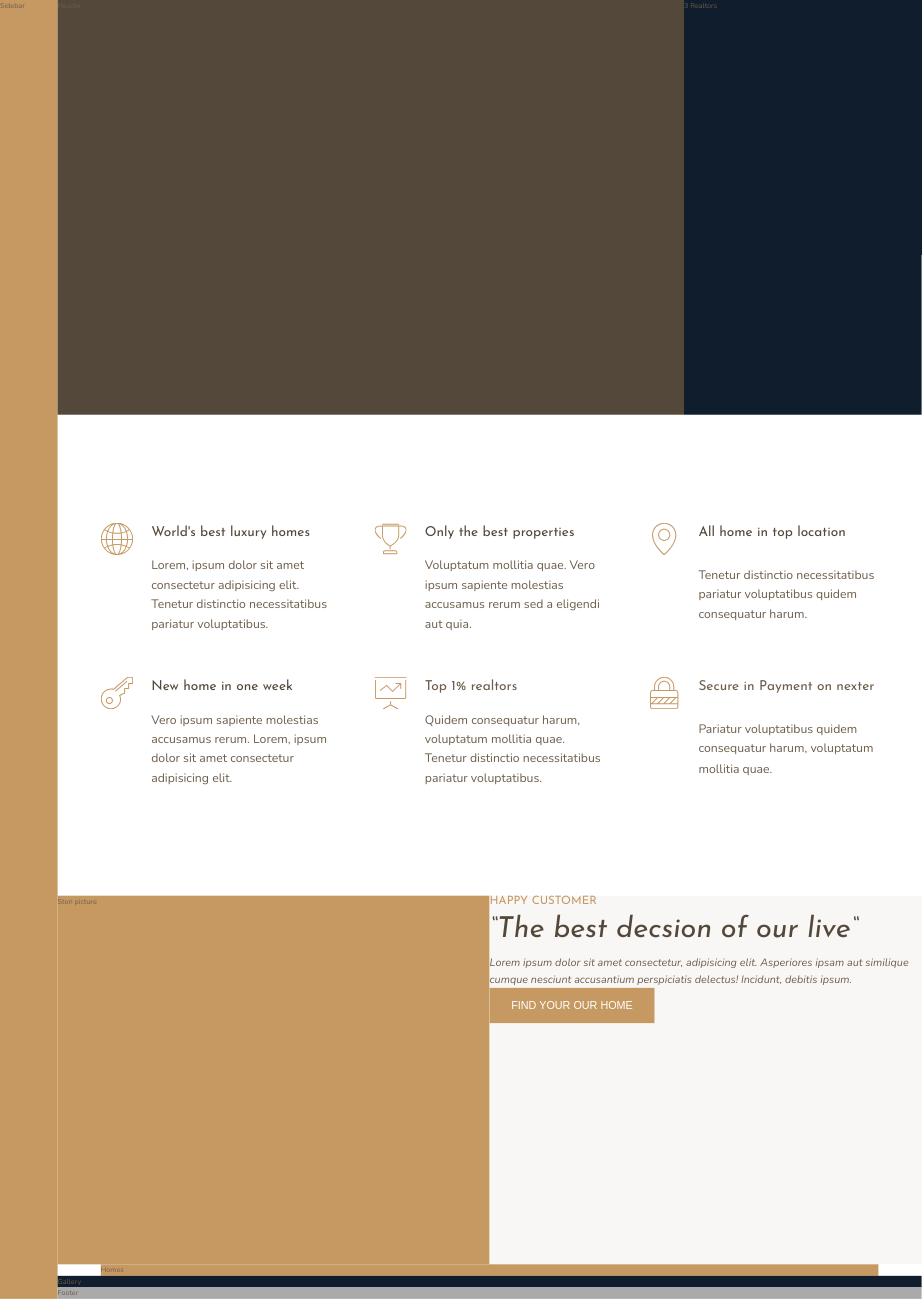
Repository: m2pd/your-home
Page: index.html
These files come from the project's save history. The page is drawn as it stood at one moment and after the next save; the edit follows.
The browser window is 1280 px wide. The pictures show the whole page, at 72% of full size.
The style sheet was rebuilt from its Sass, Less or Tailwind sources for each picture, by a compiler version that may differ from the author's.

Above is the page before, as saved 2020-03-05 10:33:57.

After the next save:
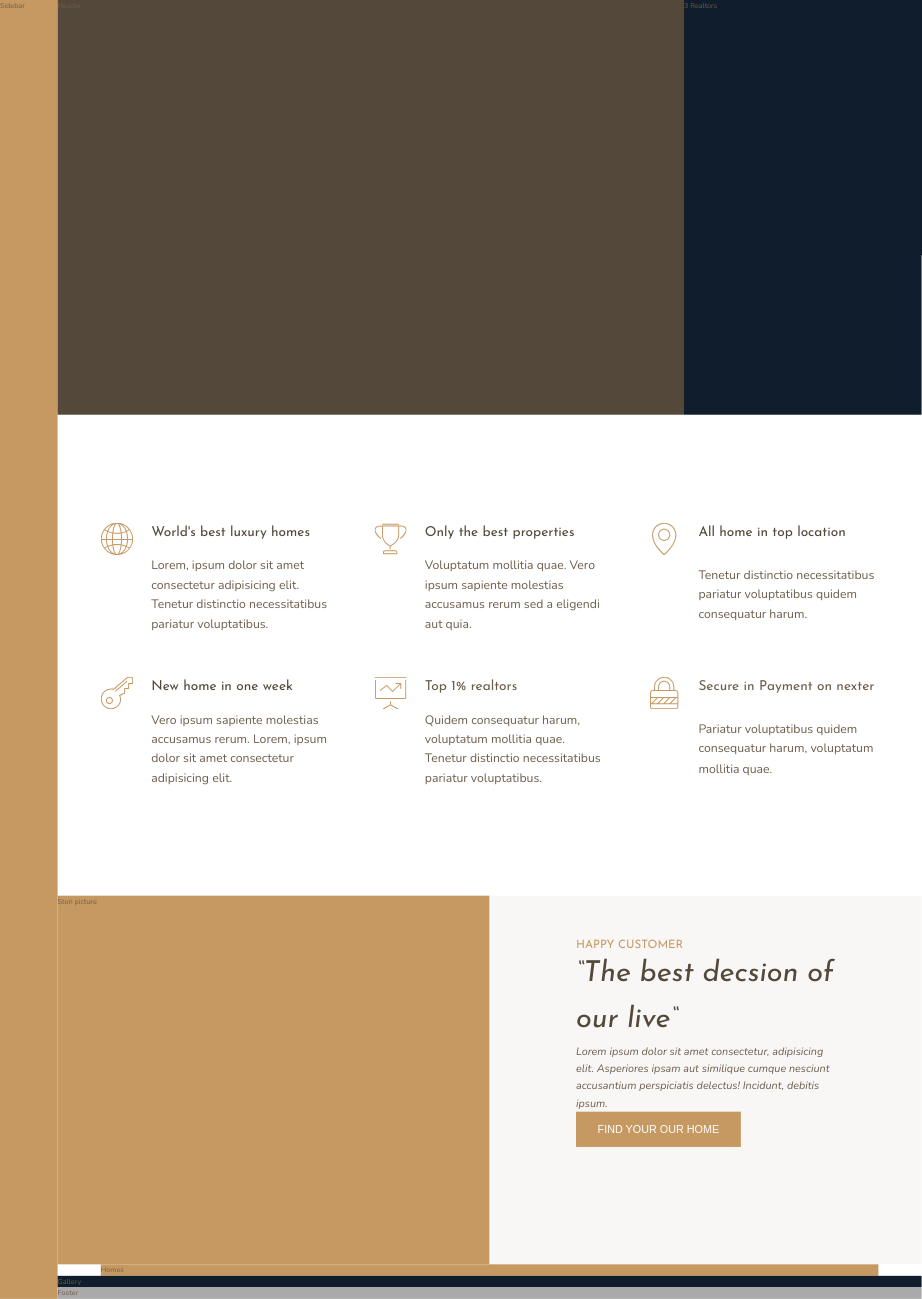
Saved 45 s later.
--- a/sass/_story.scss
+++ b/sass/_story.scss
@@ -7,6 +7,8 @@
     &__content{
         background-color: $color-grey-light-1;
         grid-column: col-start 5 / full-end;
+
+        padding: 6rem 12rem;
     }
 
     &__text{
